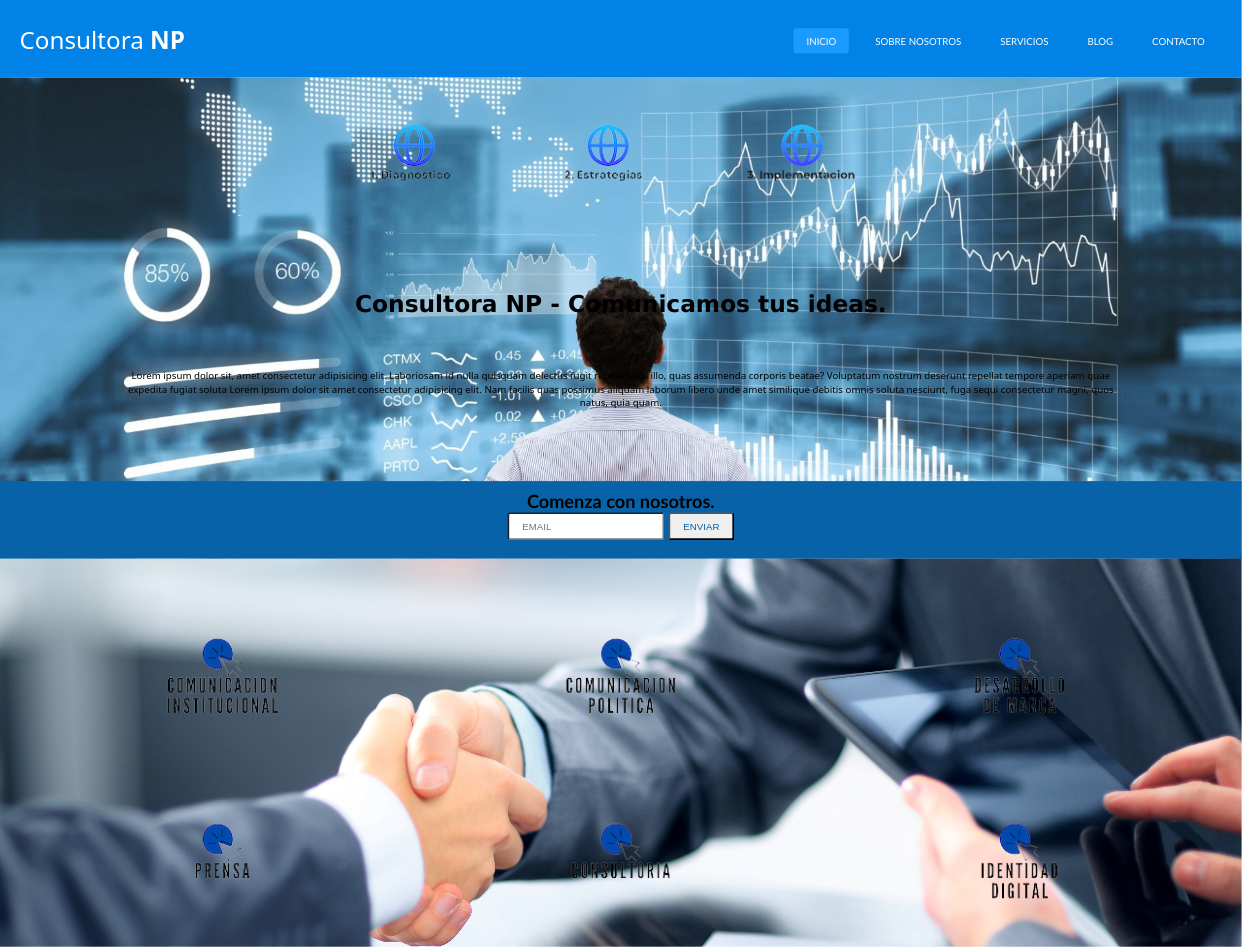
Repository: Batu120/pre-entrega2
Page: index.html
The author's editor kept a copy of each file at every save. The page is drawn from the files as they stood at one save, then again after the next save.
The browser window is 1280 px wide. The pictures show the whole page, at 97% of full size.

Above is the page before, as saved 2022-11-02 14:34:20.

### index.html
<!DOCTYPE html>
<html lang="en" dir="ltr">
<head>
    <meta charset="UTF-8">
    <meta http-equiv="X-UA-Compatible" content="IE=edge">
    <meta name="viewport" content="width=device-width, initial-scale=1.0">
    <title>2da Pre Entrega</title>
    <link rel="stylesheet" href="https://cdnjs.cloudflare.com/ajax/libs/font-awesome/4.7.0/css/font-awesome.min.css">
    <!-- CSS -->
    <link rel="stylesheet" href="CSS/style.css">

</head>
<body>
    <nav>
        <input type="checkbox" id="check">
        <label for="check" class="checkbtn">
            <i style="font-size:24px" class="fa">&#xf0c9;</i>
        </label>
        <label class="logo">Consultora <label class="logo1">NP</label></label>
            <!-- Lista no ordenada -->
            <ul>
                <!-- Items / Menu -->
                <li><a class="active" href="index.html">Inicio</a></li>
                <li><a href="HTML/SobreNosotros.html">Sobre Nosotros</a></li>
                <li><a href="HTML/Servicios.html">Servicios</a></li>
                <li><a href="HTML/Blog.html">Blog</a></li>
                <li><a href="HTML/Contacto.html">Contacto</a></li>
            </ul>
    </nav>

    <section>
        <div class="grid-container">
            <img src="/IMG/1.Diagnostico.png" alt="diagnostico">
            <img src="/IMG/2.Estrategia.png" alt="estrategia">
            <img src="/IMG/3.Implementacion.png" alt="implementacion">
        </div>
        <div class="container-div">
            <!-- titulo h1 -->
            <h1>Consultora NP - Comunicamos tus ideas.</h1>
            <br>
            <!-- Parrafo -->
            <p>Lorem ipsum dolor sit, amet consectetur adipisicing elit. Laboriosam id nulla quisquam delectus fugit repellendus illo, quas assumenda corporis beatae? Voluptatum nostrum deserunt repellat tempore aperiam quae expedita fugiat soluta Lorem ipsum dolor sit amet consectetur adipisicing elit. Nam facilis quas possimus aliquam laborum libero unde amet similique debitis omnis soluta nesciunt, fuga sequi consectetur magni, quos natus, quia quam.</p>
            <br><br>
        </div>

        <div class="container-form">
            <h3>Comenza con nosotros.</h3>
            <form class= "form-news" action="#" method="post" enctype>
                <input type="text" name="email" placeholder="Email">
                <input type="button" type="submit" value="enviar">
            </form>
        </div>
    </section>
    <section class="wallpaper">
        <div class="grid-container2">
            <div class="Com-1"><a href=""><img src="IMG/1com-inst.png" alt="pic1"></a></div>
            <div class="Com-2"><a href=""><img src="IMG/2com-polit.png" alt="pic2"></a></div>
            <div class="Com-3"><a href=""><img src="IMG/3des-marca.png" alt="pic3"></a></div>
            <div class="Com-4"><a href=""><img src="IMG/4prensa.png" alt="pic4"></a></div>
            <div class="Com-5"><a href=""><img src="IMG/5cons.png" alt="pic5"></a></div>
            <div class="Com-6"><a href=""><img src="IMG/3iden-dig.png" alt="pic6"></a></div>
        </div>
    </section>


</body>
</html>

### CSS/style.css
body {
    /* background: url(/IMG/background_body.jpeg);
    background-repeat: no-repeat;
    background-size: cover;
    background-position-x: center;
    background-position-y: center;
    background-position: center;
    height: auto;
    width: auto; */
    font-family:'Gill Sans', 'Gill Sans MT', Calibri, 'Trebuchet MS', sans-serif;
}
section{
    background: url(/IMG/background_body.jpeg);
    background-repeat: no-repeat;
    background-size: cover;
    background-position-x: center;
    background-position-y: center;
    background-position: center;
    height: auto;
    width: auto;
}

/* NAV BAR - LINKS- RESPONSIVE */
* {
    padding: 0;
    margin: 0;
    text-decoration: none;
    list-style: none;
    box-sizing: border-box;
}
nav {
    background: #0082e6;
    height: 80px;
    width: 100%;
}
/*  */
.logo{
    color: white;
    font-size: 25px;
    line-height: 80px;
    padding: 20px;
    font-weight:lighter;
    font-family:system-ui, -apple-system, BlinkMacSystemFont, 'Segoe UI', Roboto, Oxygen, Ubuntu, Cantarell, 'Open Sans', 'Helvetica Neue', sans-serif;
}
.logo1{
    color: white;
    font-weight: bold;
}
nav ul{
    float: right;
    margin-right: 20px;
    padding-top: 0%;
}
nav ul li{
    display: inline-block;
    line-height: 80px;
    margin: 0 5px;
}
nav ul li a{
    color: white;
    font-size: 10px;
    padding: 7px 13px;
    border-radius: 3px;
    text-transform: uppercase;

}
a.active,a:hover{
    background: #1b9bff;
    transition: .5s;
}
.checkbtn{
    font-size: 30px;
    color: white;
    float: right;
    line-height: 80px;
    margin-right: 30px;
    cursor: pointer;
    display: none;
}
#check{
    display: none;
}
/* PREUBA RESPONSIVE TEST */
@media (max-width: 853px){
    label.logo {
        font-size: 25px;
        padding-left: 50px;
    }
    nav ul li a{
        font-size: 18px;
    }
}
@media (max-width: 853px){
    .checkbtn{
        display:inline-block;
    }
    ul{
        position:absolute;
        width: 100%;
        height: 100vh;
        background: #2c3e50;
        top: 80px;
        left: -100%;
        text-align: center;
        transition: all .5s;
    }
    nav ul li{
        display: block;
        margin: 50px 0;
        line-height: 30px;
    }
    nav ul li a {
        font-size: 20px;
    }
        a:hover,a.active{
        background:none;
        color: #0082e6;
        }
        #check:checked ~ ul{
        left: 0;
        }
    }

    /* IMG PICTURES page front */
    .grid-container {
        display: grid;
        grid-template-columns: auto auto auto;
        justify-content: center;
        margin-left: 440px;
    }
    .container-div{
        display: flex;
        flex-direction: column;
        flex-wrap: wrap;
        justify-content: center;
        text-align: center;
        margin: 10px;
        font-family: system-ui, -apple-system, BlinkMacSystemFont, 'Segoe UI', Roboto, Oxygen, Ubuntu, Cantarell, 'Open Sans', 'Helvetica Neue', sans-serif;
    }
    /* TITLE TEXT */
    h1{
        font-weight: bolder;
        font-family: Verdana, Geneva, Tahoma, sans-serif;
        display: inline-block;
        padding: 10px;
    }
    /* TEXT */
    p{
        margin: 20px;
        padding-left: 100px;
        padding-right: 100px;
        font-size: 10px;

    }
    /* NEWS FORM */
    .container-form{
        text-align: center;
        font-size: medium;
        background: #0862a7;
        height: 80px;
        width: 100%;
        padding: 10px;
    }
    input{
        color: #0862a7;
        font-size: 10px;
        padding: 7px 13px;
        border-radius: 3px;
        text-transform: uppercase;
    }
    .wallpaper {
        background-image: url(/IMG/consultoria_img.jpeg);
        background-repeat: no-repeat;
        background-size: cover;
        background-position: center;
        background-position-x: center;
        background-position-y: center;
        height: 400px;
    }
    .grid-container2 {
        display: grid;
        grid-template-columns: 1fr 1fr 1fr;
        grid-template-rows: 1fr 1fr;
        justify-content: center;
        gap: 12px 12px;
        padding-top: 30px;
        margin-left: 30px;
        margin-right: 30px;
        height: 400px;
        grid-template-areas:
            "Com-1 Com-2 Com-3"
            "Com-4 Com-5 Com-6";
    }
    .Com-1 {
        justify-self: center;
        align-self: center;
        grid-area: Com-1;
    }
    .Com-2 {
        justify-self: center;
        align-self: center;
        grid-area: Com-2;
    }
    .Com-3 {
        justify-self: center;
        align-self: center;
        grid-area: Com-3;
    }
    .Com-4 {
        justify-self: center;
        align-self: center;
        grid-area: Com-4;
    }
    .Com-5 {
        justify-self: center;
        align-self: center;
        grid-area: Com-5;
    }
    .Com-6 {
        justify-self: center;
        align-self: center;
        grid-area: Com-6;
    }
/*     @media screen (max-width:468px ){
        .grid-container2 {
            grid-template-areas:
            "Com-1"
            "Com-2"
            "Com-3"
            "Com-4"
            "Com-5"
            "Com-6";
        }
    } */

After the next save:
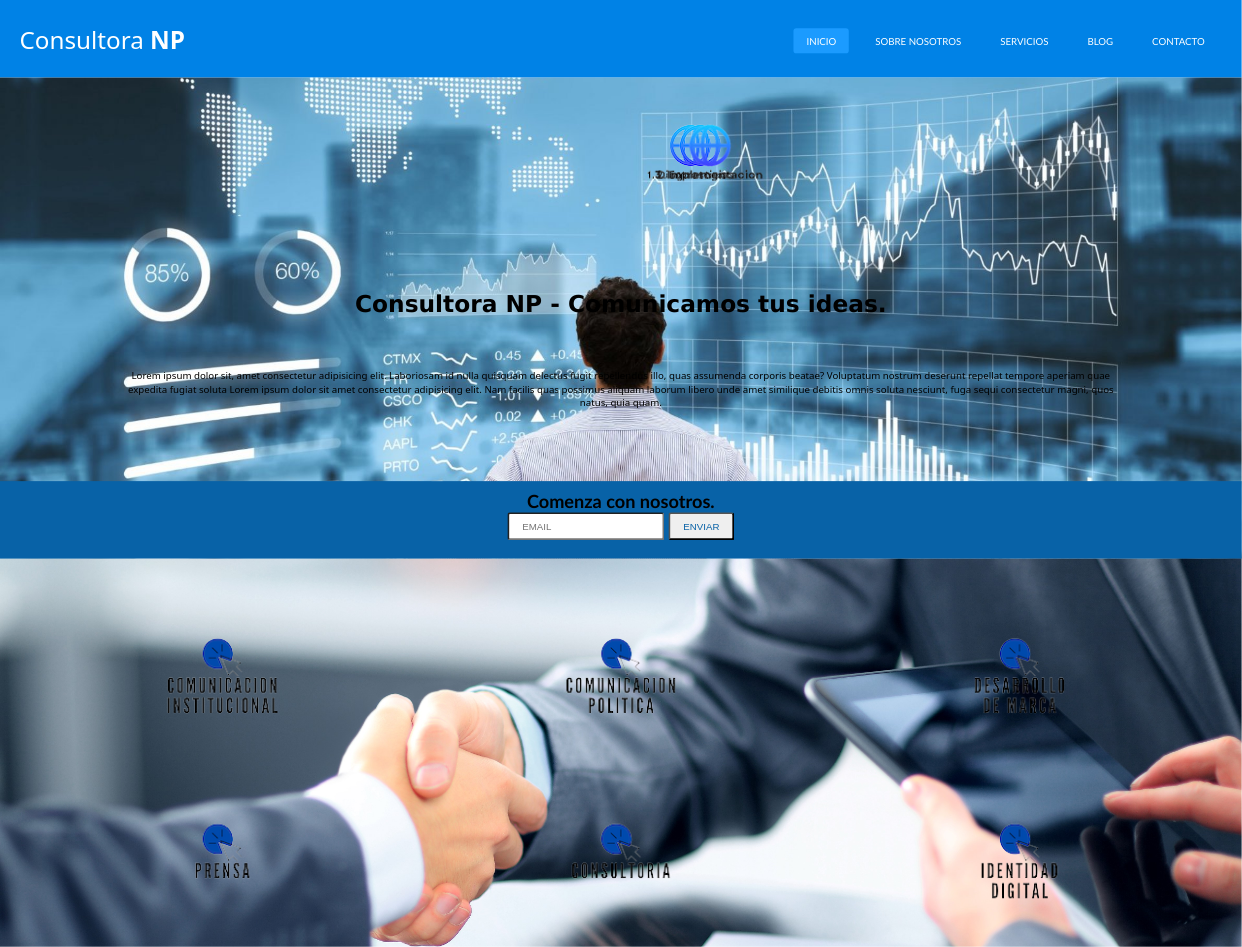
Saved 46 s later.
--- a/CSS/style.css
+++ b/CSS/style.css
@@ -124,7 +124,7 @@ a.active,a:hover{
     /* IMG PICTURES page front */
     .grid-container {
         display: grid;
-        grid-template-columns: auto auto auto;
+        grid-template-columns: 10px 10px 10px;
         justify-content: center;
         margin-left: 440px;
     }
